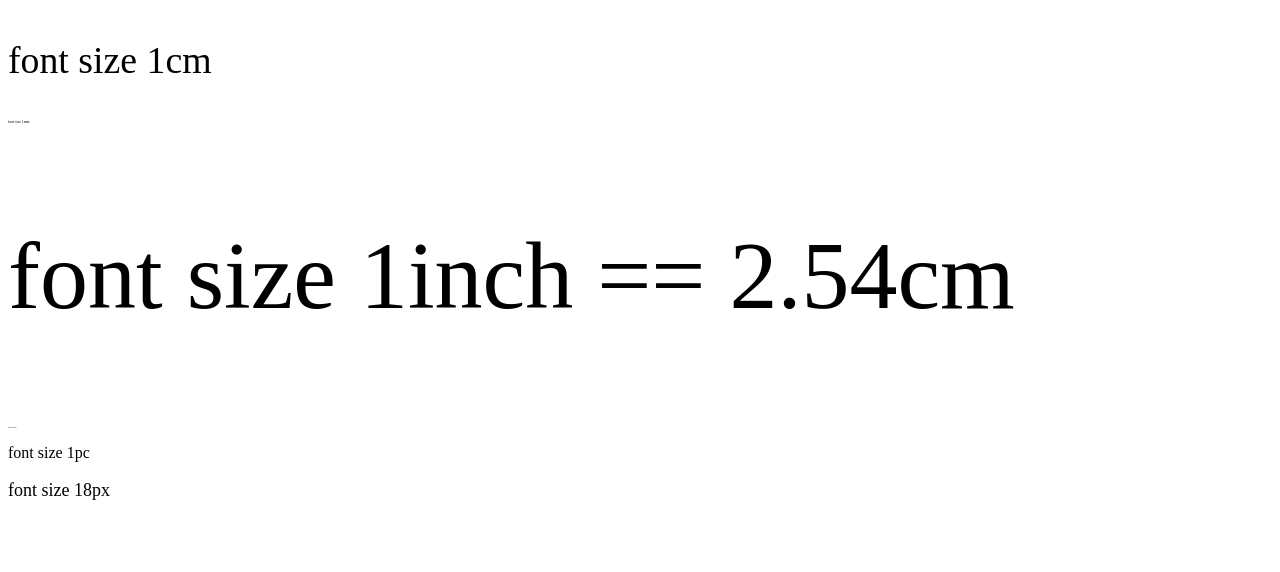
Repository: suhong99/htmlLecture
Page: cssSample1/src/main/webapp/index1.html
The author's editor kept a copy of each file at every save. The page is drawn from the files as they stood at one save, then again after the next save.
The browser window is 1280 px wide. The pictures show the whole page.

Above is the page before, as saved 2023-06-22 01:07:13.

### cssSample1/src/main/webapp/index1.html
<!DOCTYPE html>
<html>
<head>
<meta charset="UTF-8">
<title>Insert title here</title>
<style type="text/css">

.cm{
font-size : 1cm;
}

.mm {
	font-size : 1mm;
}
.inch {
	font-size : 1in;
}
.pt {
	font-size : 1pt;
}
.pc {
	font-size : 1pc;
}
.px{
	font-size : 18px;
}
</style>
</head>
<body>
	<p class="cm">font size 1cm</p>
	<p class="mm">font size 1mm</p>
	<p class="inch">font size 1inch == 2.54cm</p>
	<p class="pt">font size 1point</p>
	<p class="pc">font size 1pc </p> <!-- 1파이카 == 12pt -->
	<p class="px">font size 18px</p>
</body>
</html>

After the next save:
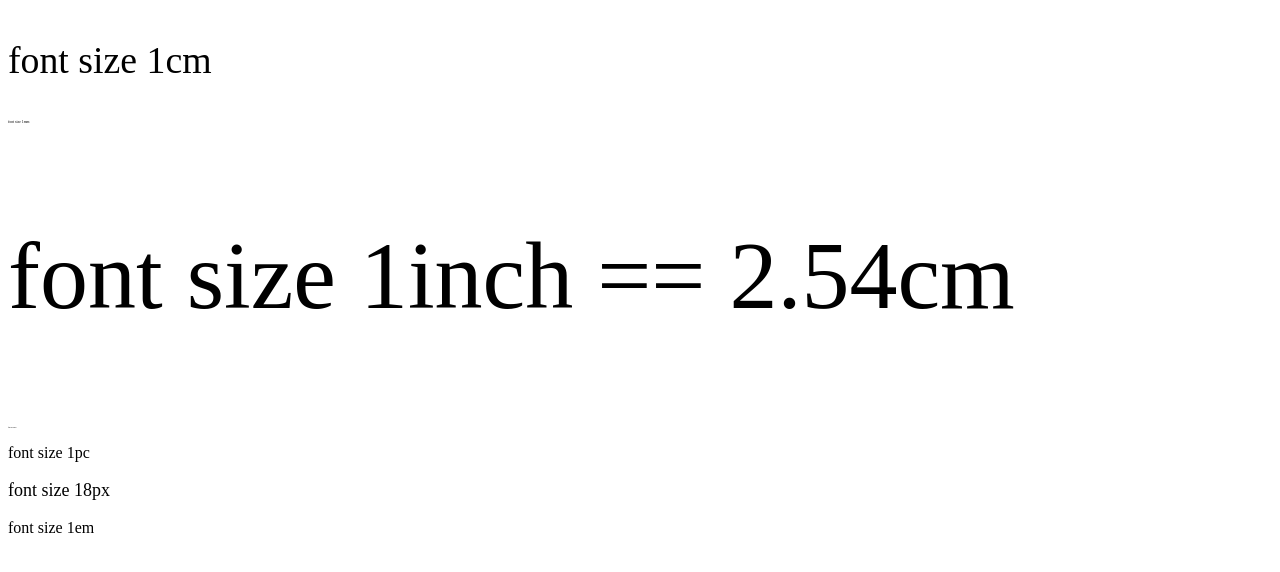
Saved 66 s later.
--- a/cssSample1/src/main/webapp/index1.html
+++ b/cssSample1/src/main/webapp/index1.html
@@ -24,6 +24,9 @@ font-size : 1cm;
 .px{
 	font-size : 18px;
 }
+.em{
+	font-size: 1em;
+}
 </style>
 </head>
 <body>
@@ -33,5 +36,6 @@ font-size : 1cm;
 	<p class="pt">font size 1point</p>
 	<p class="pc">font size 1pc </p> <!-- 1파이카 == 12pt -->
 	<p class="px">font size 18px</p>
+	<p class="em">font size 1em</p>
 </body>
 </html>
